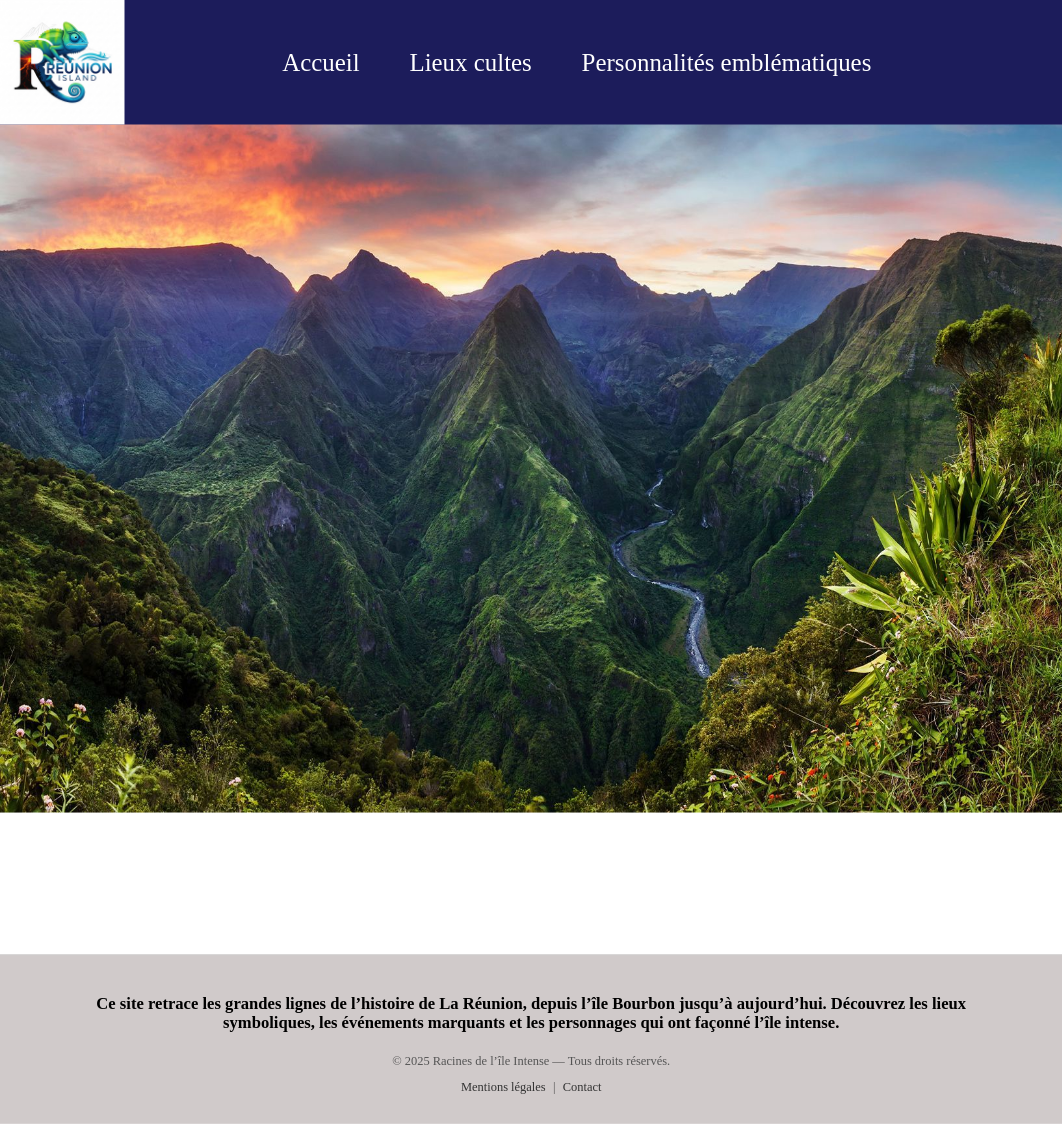
Repository: racinesintense974/Racines-de-lile-intense
Page: mafate.html
The author's editor kept a copy of each file at every save. The page is drawn from the files as they stood at one save, then again after the next save.
The browser window is 1280 px wide. The pictures show the whole page, at 83% of full size.

Above is the page before, as saved 2026-01-29 13:54:22.

After the next save:
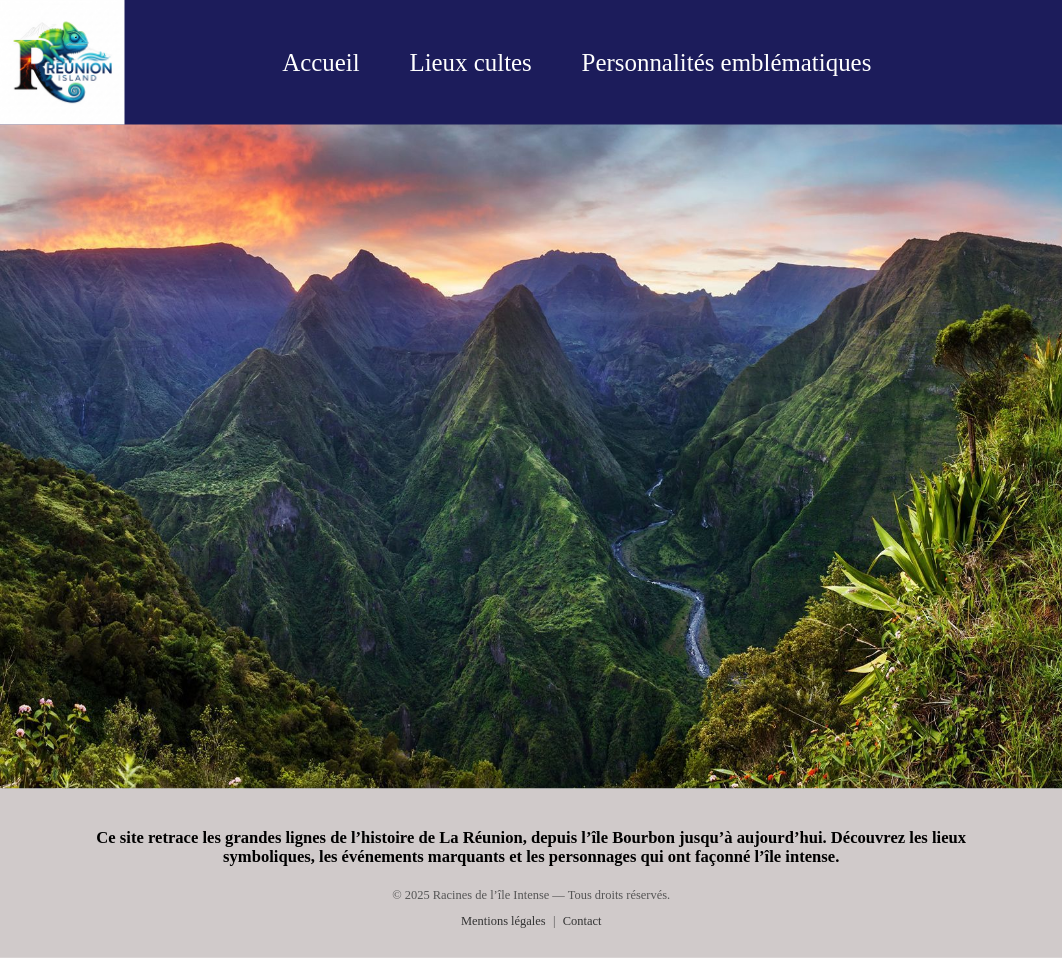
Saved 9 s later.
--- a/css/mafate.css
+++ b/css/mafate.css
@@ -87,7 +87,7 @@
   font-size: 15px;
   color: #555;
   border-top: 1px solid #ccc;
-  margin-top: 1000px;
+  margin-top: 800px;
    box-sizing: border-box;
 
 }
